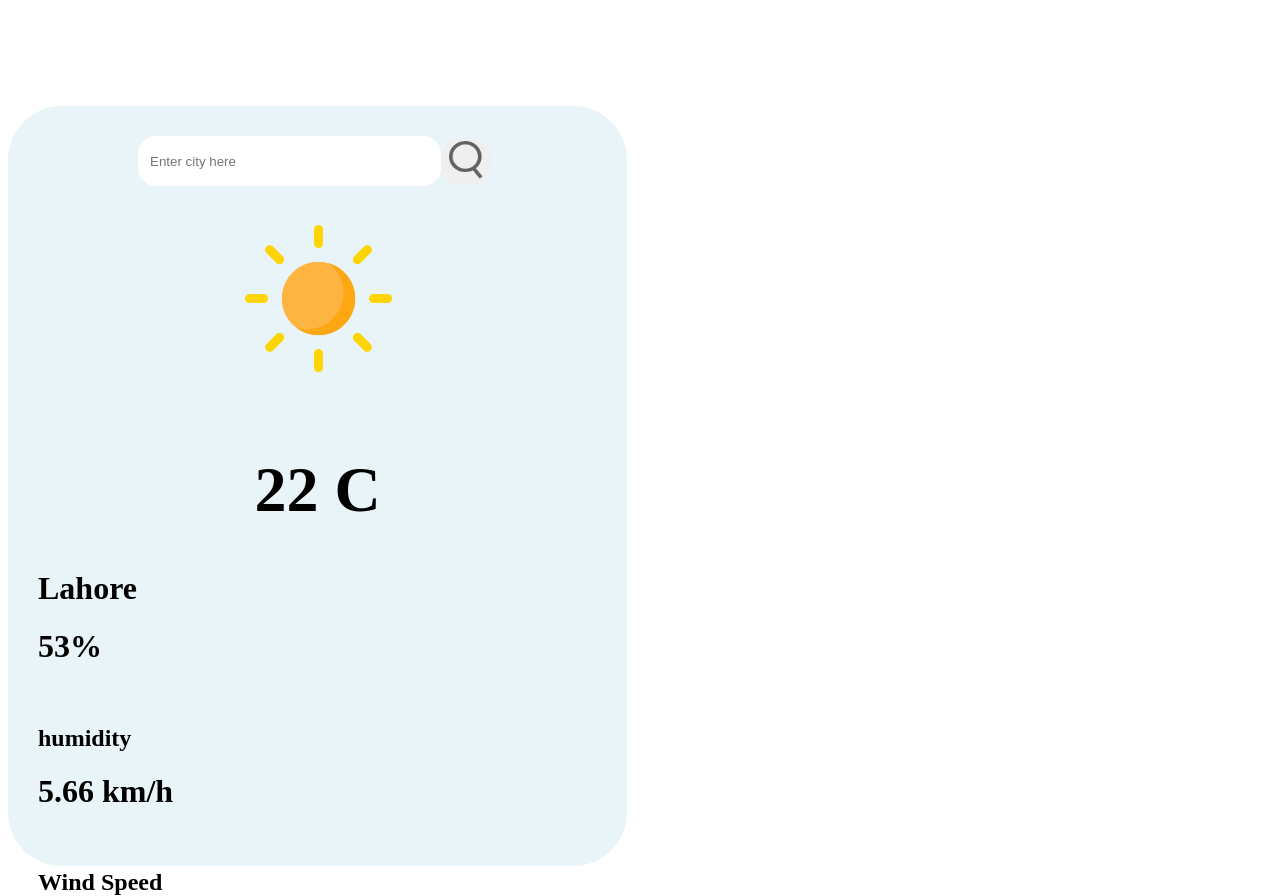
Repository: WajihaGul/Javascripts-Projects
Page: WEATHER APP/index.html
The author's editor kept a copy of each file at every save. The page is drawn from the files as they stood at one save, then again after the next save.
The browser window is 1280 px wide. The pictures show the whole page.

Above is the page before, as saved 2024-06-07 15:52:50.
Not found: WEATHER APP/script.js

After the next save:
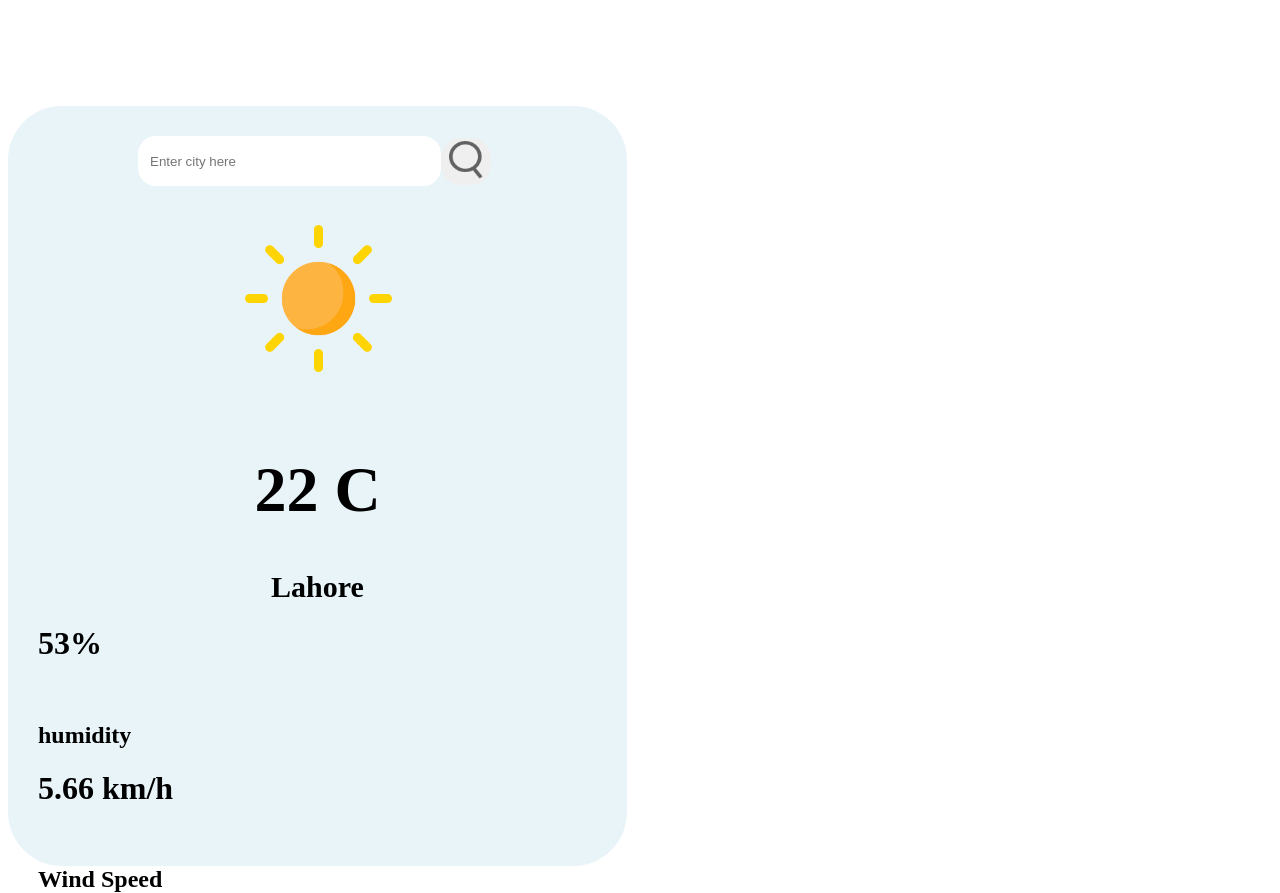
Saved 91 s later.
--- a/WEATHER APP/style.css
+++ b/WEATHER APP/style.css
@@ -42,3 +42,9 @@
     display: flex;
     margin: 0 auto;
 }
+.cityName h1{
+    display: flex;
+    align-items: center;
+    justify-content: center;
+    font-size: 30px
+}
